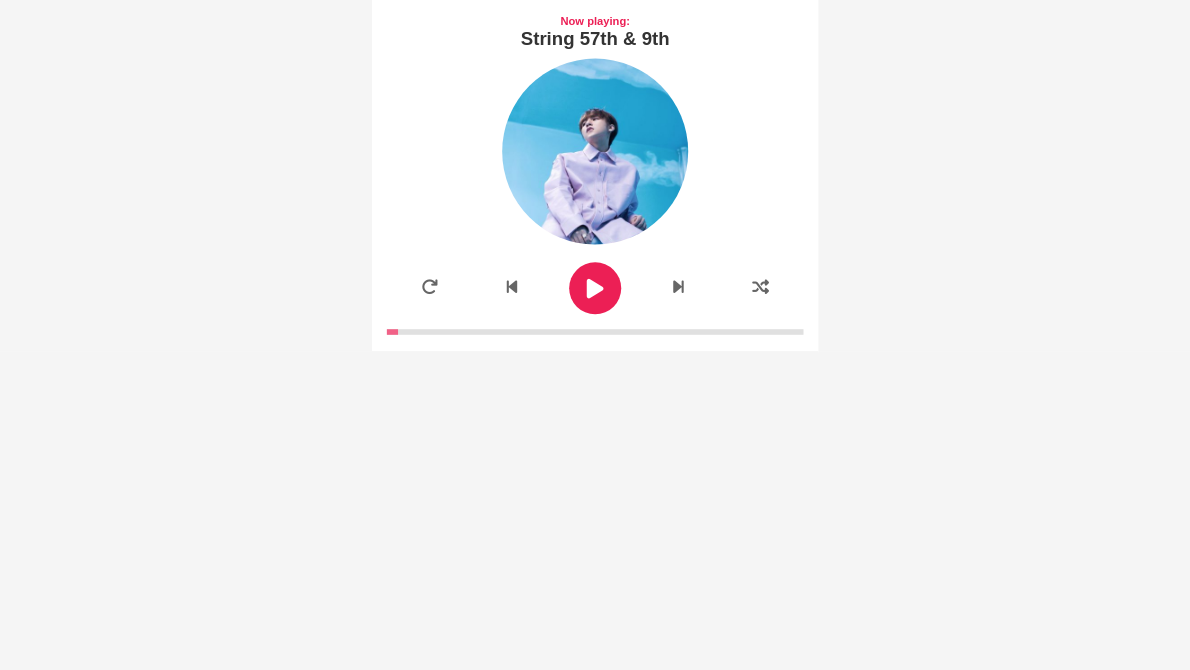
Repository: projectadmim/MyApp
Page: main.html
The author's editor kept a copy of each file at every save. The page is drawn from the files as they stood at one save, then again after a run of saves.
The browser window is 1280 px wide. The pictures show the whole page, at 93% of full size.

Above is the page before, as saved 2023-10-11 20:20:18.
Console error (its wording comes from the project's code and is left out).

After the next 10 saves:
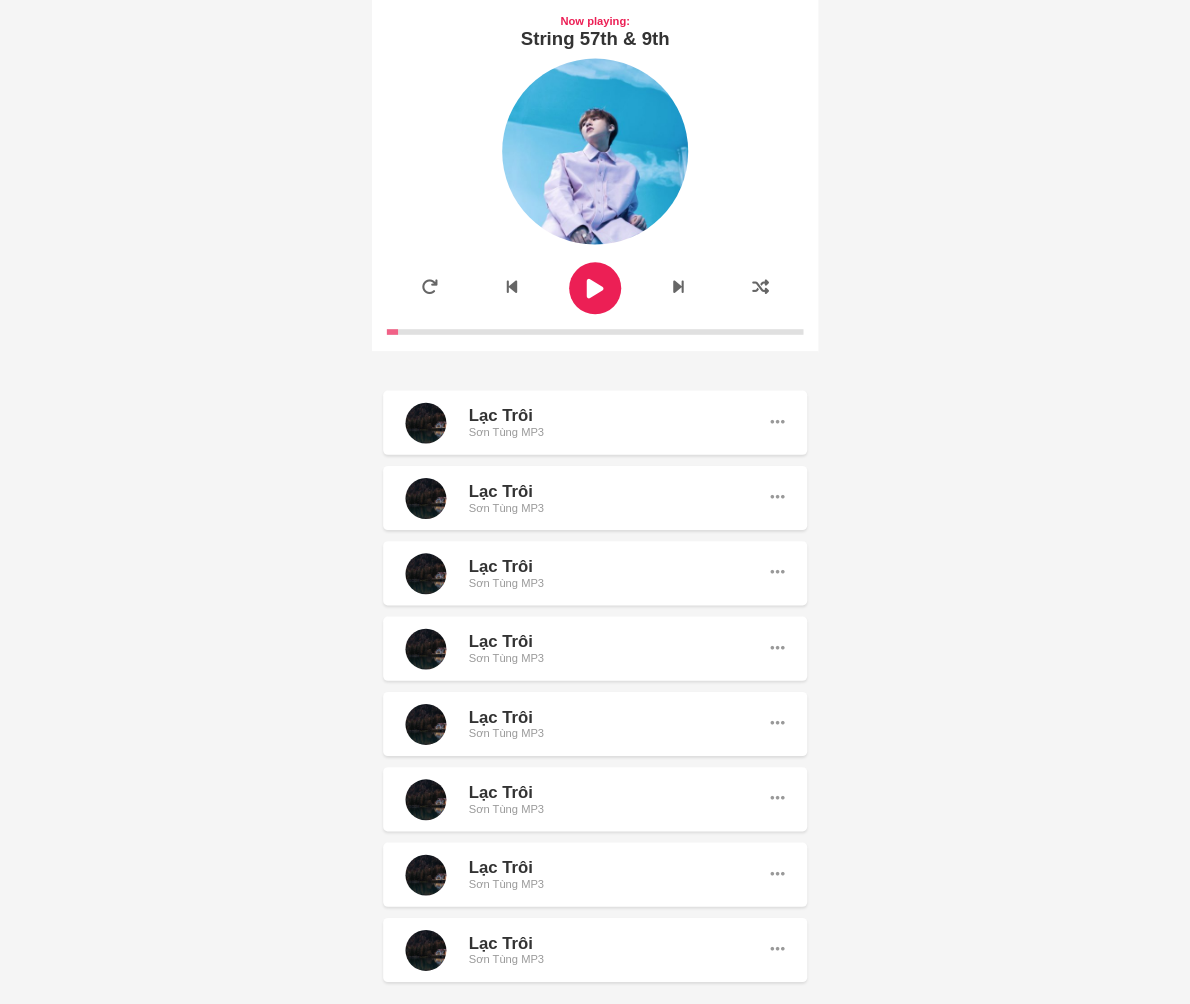
The error is gone.
The 10 saves are shown as one change because they came seconds apart.
The last was saved 24 s later.
--- a/text.js
+++ b/text.js
@@ -97,7 +97,8 @@ const app={
      }},
      loadcrrentSongs:function(){
       const heading=$('header h2');
-      const cd_thumb=$('')
+      const cd_thumb=$('.cd-thumb');
+      const audio=$
      },
      stars:function(){
       //định nghĩa  các thuộc tihs trong oject
